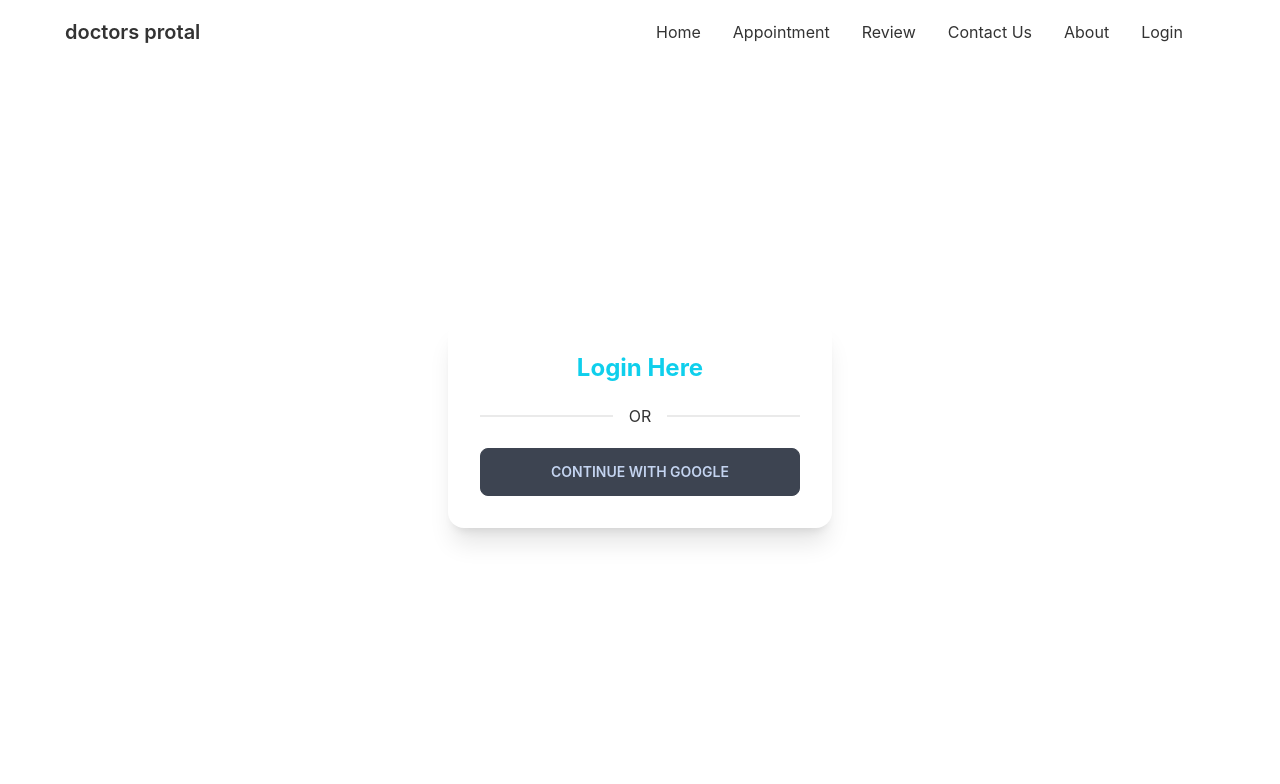
Repository: mdrubel02/doctor-protal
Page: /login
The author's editor kept a copy of each file at every save. The page is drawn from the files as they stood at one save, then again after the next save.
The browser window is 1280 px wide. The pictures show the whole page.
The project was rebuilt for these pictures with package versions that can differ from the ones it lists, and the page was loaded fresh each time. Also part of the build but not shown: src/App.css, src/Pages/About/About.js, src/Pages/Shared/Footer/Footer.js, src/Pages/Appointment/AppointmentBanner.js, src/Pages/Appointment/BookingModal.js, src/Pages/Appointment/Service.js, src/Pages/Appointment/AvailableAppointment.js, src/Pages/Appointment/Appointment.js and 2 more. Imported but missing from the stored project, and not drawn on this page: src/Pages/Contact/Contact.

Above is the page before, as saved 2022-05-14 16:17:03.

### src/App.js

import { Route, Routes } from 'react-router-dom';
import './App.css';
import About from './Pages/About/About';
import Appointment from './Pages/Appointment/Appointment';
import Contact from './Pages/Contact/Contact';
import Home from './Pages/Home/Home';
import Login from './Pages/Login/Login';
import Review from './Pages/Review/Review';
import Navbar from './Pages/Shared/Navbar';

function App() {
  return (
    <div className='max-w-1xl mx-auto px-10 ' >
      <Navbar></Navbar>
      <Routes>
        <Route path='/' element={<Home/>}/>
        <Route path='/about' element={<About/>}/>
        <Route path='/appointment' element={<Appointment/>}/>
        <Route path='/review' element={<Review/>}/>
        <Route path='/contact' element={<Contact/>}/>
        <Route path='/login' element={<Login/>}/>
      </Routes>
    </div>
  );
}

export default App;

### src/Pages/Login/Login.js
import React from 'react';

const Login = () => {
    return (
        <div className='flex justify-center items-center min-h-screen'>
            <div className="card w-96 bg-base-100 shadow-xl">
                <div className="card-body">
                    <h2 className="text-center text-2xl font-bold text-primary">Login Here</h2>

                    <div className="divider">OR</div>
                    <button className="btn">Continue With Google</button>

                </div>
            </div>
        </div>
    );
};

export default Login;

### src/Pages/Shared/Navbar.js
import React from 'react';
import { Link } from 'react-router-dom';

const Navbar = () => {
    const menuItems = <>
        <li><Link to='/'>Home</Link></li>
        <li><Link to='/appointment'>Appointment</Link></li>
        <li><Link to='/review'>Review</Link></li>
        <li><Link to='/contact'>Contact Us</Link></li>
        <li><Link to='/about'>About</Link></li>
        <li><Link to='login'>Login</Link></li>
    </>
    return (
        <div className="navbar bg-base-100">
            <div className="navbar-start">
                <div className="dropdown">
                    <label tabindex="0" className="btn btn-ghost lg:hidden">
                        <svg xmlns="http://www.w3.org/2000/svg" className="h-5 w-5" fill="none" viewBox="0 0 24 24" stroke="currentColor"><path stroke-linecap="round" stroke-linejoin="round" stroke-width="2" d="M4 6h16M4 12h8m-8 6h16" /></svg>
                    </label>
                    <ul tabindex="0" className="menu menu-compact dropdown-content mt-3 p-2 shadow bg-base-100 rounded-box w-52">
                        {menuItems}
                    </ul>
                </div>
                <Link to='/' className="btn btn-ghost normal-case text-xl">doctors protal</Link>
            </div>
            <div className="navbar-center hidden lg:flex">
                <ul className="menu menu-horizontal p-0">
                    {menuItems}
                </ul>
            </div>

        </div>
    );
};

export default Navbar;

### tailwind.config.js
module.exports = {
  content: ["./src/**/*.{html,js}"],
  daisyui: {
    themes: [
      {
        mytheme: {
          primary: "#0FCFEC",
          secondary: "#19D3AE",
          accent: "#3A4256",
          neutral: "#3d4451",
          "base-100": "#ffffff",
        },
      },
      "dark",
      "cupcake",
    ],
  },
  plugins: [require("daisyui")],
}

Loaded but not shown: public/index.html (common file); src/index.js (common file); src/index.css (common file); src/reportWebVitals.js (common file)

After the next save:
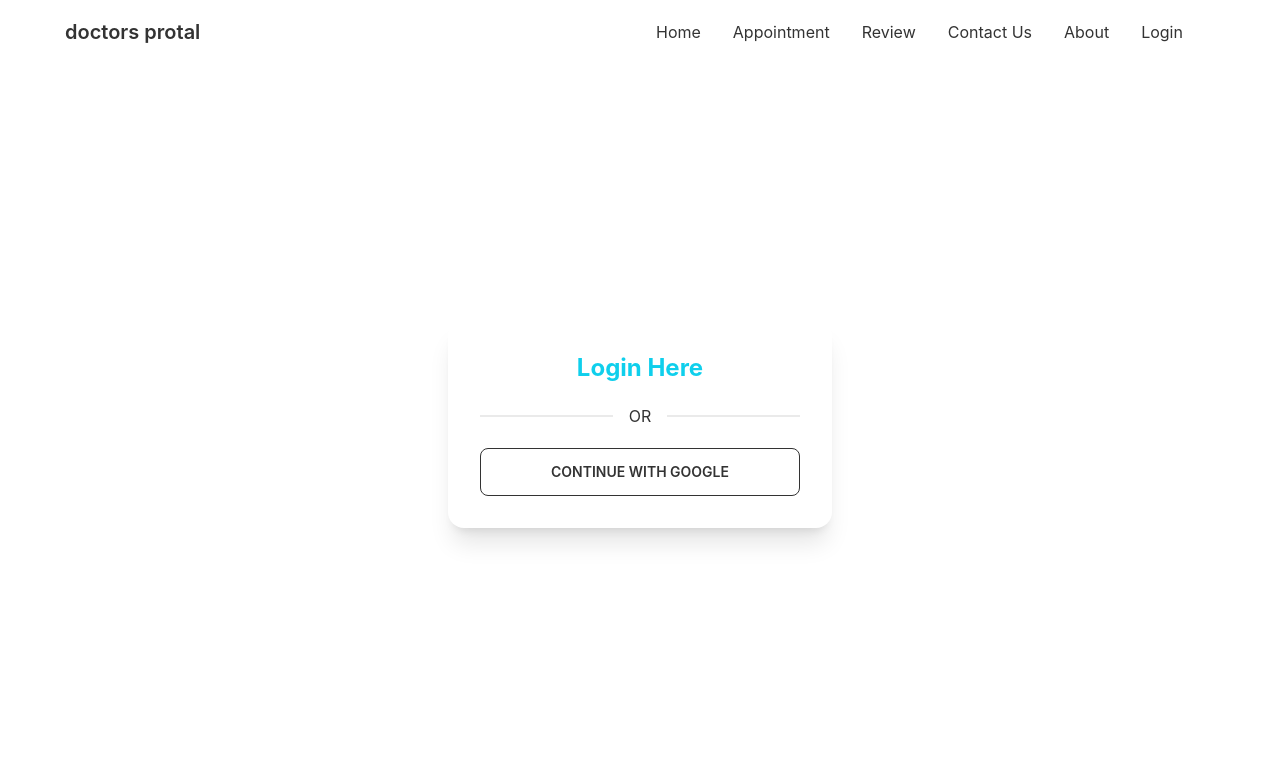
Saved 84 s later.
--- a/src/Pages/Login/Login.js
+++ b/src/Pages/Login/Login.js
@@ -8,7 +8,7 @@ const Login = () => {
                     <h2 className="text-center text-2xl font-bold text-primary">Login Here</h2>
 
                     <div className="divider">OR</div>
-                    <button className="btn">Continue With Google</button>
+                    <button className="btn btn-outline">Continue With Google</button>
 
                 </div>
             </div>
